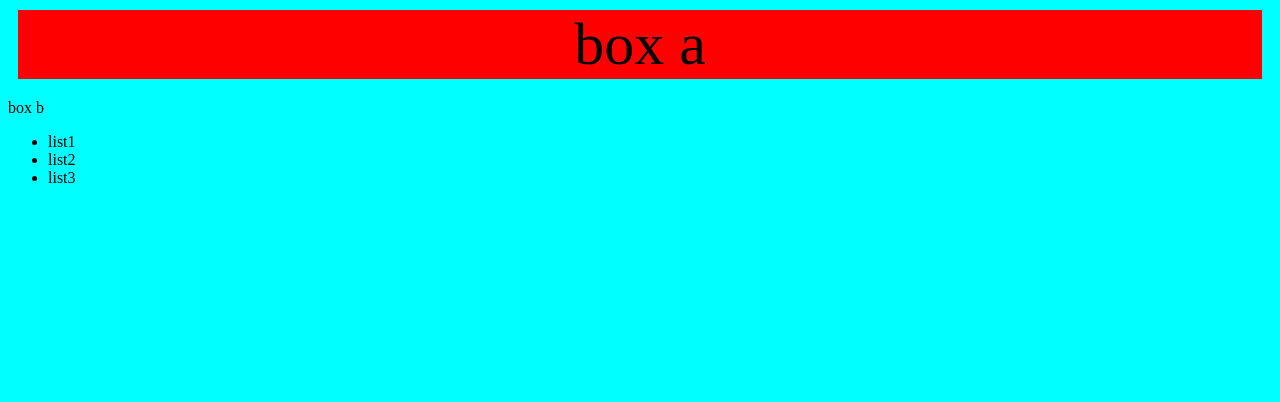
Repository: asifdotpy/testing-html-and-css
Page: index.html
An editor plug-in stored every save of this project. The page is shown before and after a run of saves, followed by the edit.
The browser window is 1280 px wide. The pictures show the whole page.

Above is the page before, as saved 2021-02-14 21:45:17.

After the next 3 saves:
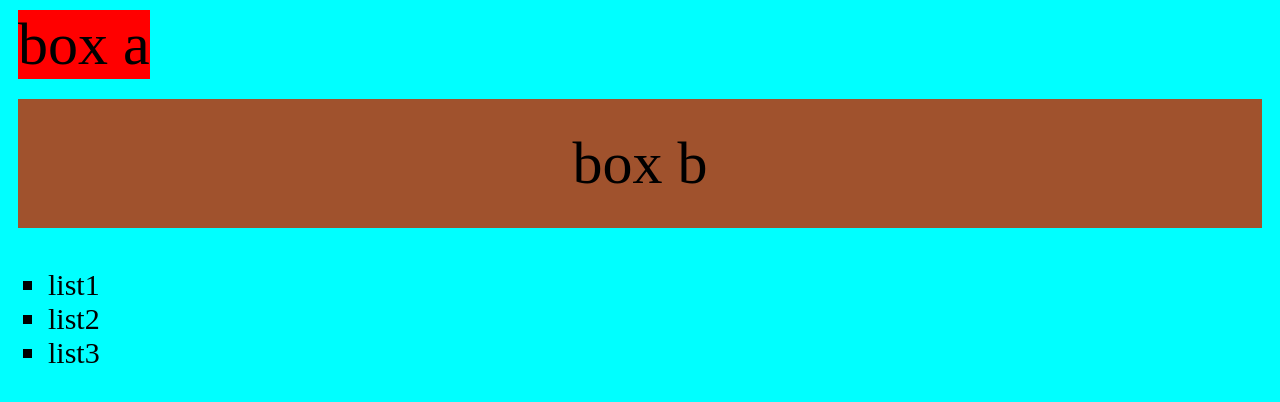
The 3 saves are shown as one change because they came seconds apart.
The last was saved 15 s later.
--- a/main.css
+++ b/main.css
@@ -7,7 +7,7 @@ div.a {
     margin: 10px 10px 20px;
     background-color: red;
     text-align: center;
-    /*padding: 30px;
+    /* padding: 30px; */
     width: fit-content;
 }
 
